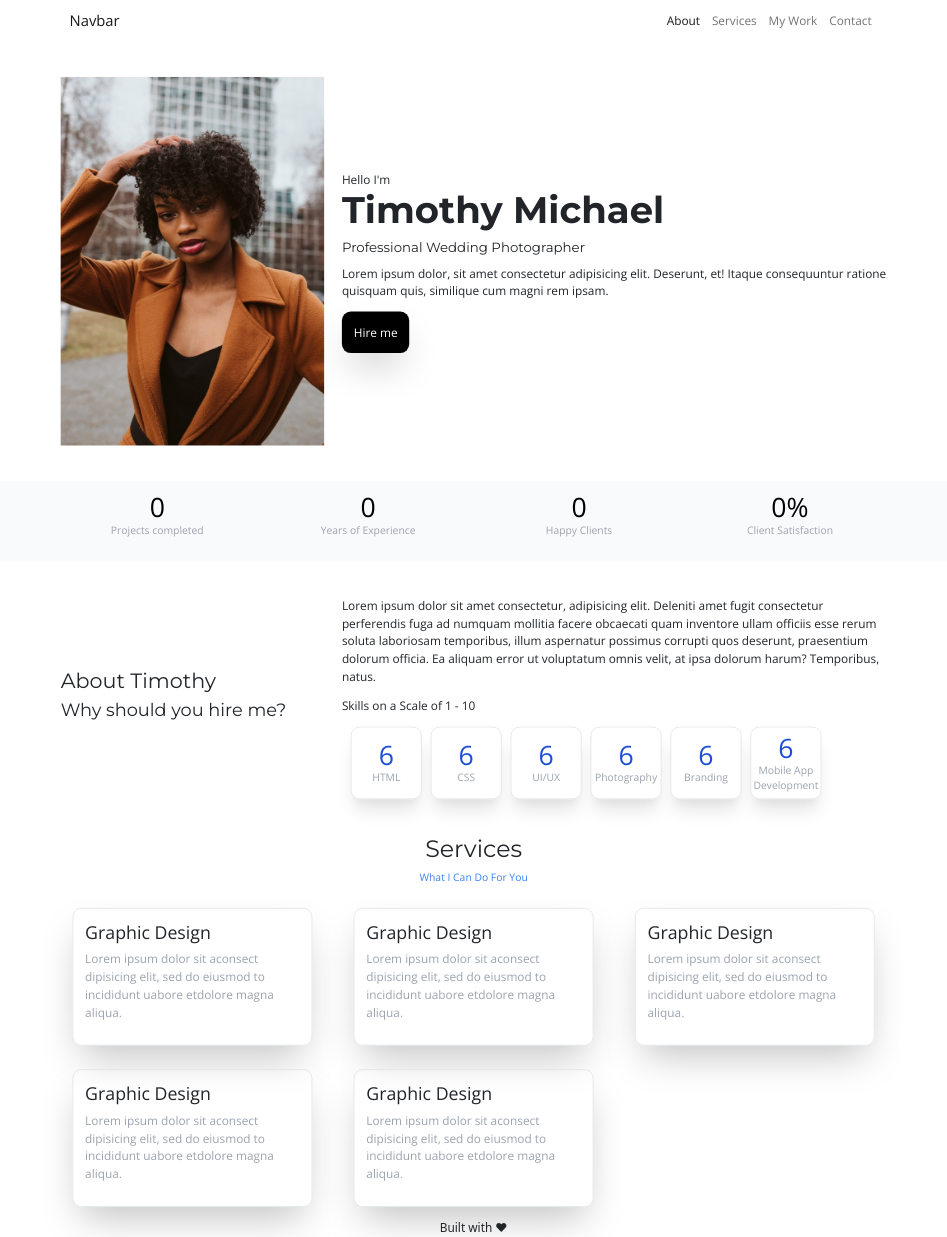
Repository: latenightsnacc/giggles
Page: HTML/freelancer.html
An editor plug-in stored every save of this project. The page is shown before and after the next save, followed by the edit.
The browser window is 1280 px wide. The pictures show the whole page, at 74% of full size.
Some web libraries are served in a nearby version.

Above is the page before, as saved 2021-01-03 16:17:41.

### HTML/freelancer.html
<!DOCTYPE html>
<html lang="en">
<head>
    <meta charset="UTF-8">
    <meta name="viewport" content="width=device-width, initial-scale=1.0">
    <link href="https://cdnjs.cloudflare.com/ajax/libs/tailwindcss/2.0.2/tailwind.min.css" rel="stylesheet">
    <link rel="stylesheet" href="https://stackpath.bootstrapcdn.com/font-awesome/4.7.0/css/font-awesome.min.css" />
    <link href="https://cdn.jsdelivr.net/npm/bootstrap@5.0.0-beta1/dist/css/bootstrap.min.css" rel="stylesheet" integrity="sha384-giJF6kkoqNQ00vy+HMDP7azOuL0xtbfIcaT9wjKHr8RbDVddVHyTfAAsrekwKmP1" crossorigin="anonymous">
    <link rel="stylesheet" href="stylesheet.css">
    <title>Freelancer Page</title>
</head>
<body class="overflow-x-hidden">
    <header class="container">
        <nav class="navbar navbar-expand-lg navbar-light bg-white">
            <div class="container-fluid">
              <a class="navbar-brand" href="#">Navbar</a>
              <button class="navbar-toggler" type="button" data-bs-toggle="collapse" data-bs-target="#navbarNavDropdown" aria-controls="navbarNavDropdown" aria-expanded="false" aria-label="Toggle navigation">
                <span class="navbar-toggler-icon"></span>
              </button>
              <div class="collapse navbar-collapse" id="navbarNavDropdown">
                <ul class="navbar-nav ml-auto">
                  <li class="nav-item">
                    <a class="nav-link active" aria-current="page" href="#">About</a>
                  </li>
                  <li class="nav-item">
                    <a class="nav-link" href="#">Services</a>
                  </li>
                  <li class="nav-item">
                    <a class="nav-link" href="#">My Work</a>
                  </li>
                  <li class="nav-item">
                    <a class="nav-link" href="#">Contact</a>
                  </li>
                  <!-- <li class="nav-item dropdown">
                    <a class="nav-link dropdown-toggle" href="#" id="navbarDropdownMenuLink" role="button" data-bs-toggle="dropdown" aria-expanded="false">
                      Dropdown link
                    </a>
                    <ul class="dropdown-menu" aria-labelledby="navbarDropdownMenuLink">
                      <li><a class="dropdown-item" href="#">Action</a></li>
                      <li><a class="dropdown-item" href="#">Another action</a></li>
                      <li><a class="dropdown-item" href="#">Something else here</a></li>
                    </ul>
                  </li> -->
                </ul>
              </div>
            </div>
        </nav>
    </header>
    <main>
        <!--User Banner-->
        <div class="container mt-5">
            <div class="row flex items-center h-auto">
                <div class="col-sm-12 col-md-4 col-lg-4 col-xl-4">
                    <img src="assets/userDp.jpg" alt="Profile Picture">
                </div>
                <div class="col-sm-12 col-md-8 col-lg-8 col-xl-8">
                    <div class="user-info">
                        <span>Hello I'm</span>
                        <h1>Timothy Michael</h1>
                        <h2>Professional Wedding Photographer</h2>
                        <p>Lorem ipsum dolor, sit amet consectetur adipisicing elit. Deserunt, et! Itaque consequuntur ratione quisquam quis, similique cum magni rem ipsam.</p>
                        <button class="bg-black text-white p-3 semi-bold rounded-xl shadow-2xl">Hire me</button>
                    </div>
                </div>
            </div>
        </div>
        <!--User Statisitics-->
        <div class="stats w-full bg-gray-50 flex items-center h-auto py-3 mt-5">
            <div class="container">
                <div class="row">
                    <div class="stat-box col text-center">
                        <div class="bold text-4xl text-black">0</div>
                        <p class="text-sm text-gray-400">Projects completed</p>

                    </div>
                    <div class="stat-box col text-center">
                        <div class="bold text-4xl text-black">0</div>
                        <p class="text-sm text-gray-400">Years of Experience</p>
                    </div>
                    <div class="stat-box col text-center">
                        <div class="bold text-4xl text-black">0</div>
                        <p class="text-sm text-gray-400">Happy Clients</p>
                    </div>
                    <div class="stat-box col text-center">
                        <div class="bold text-4xl text-black">0%</div>
                        <p class="text-sm text-gray-400">Client Satisfaction</p>
                    </div>
                </div>
            </div>
        </div>
        <!--About User-->
        <div class="container">
            <div class="row h-auto flex flex-row items-center">
                <div class="col-sm-12 col-md-6 col-lg-4 col-xl-4 pt-5">
                    <h3>About Timothy</h3>
                    <h4>Why should you hire me?</h4>
                </div>
                <div class="col-sm-12 col-md-6 col-lg-8 col-xl-8 pt-5">
                    <p>Lorem ipsum dolor sit amet consectetur, adipisicing elit. Deleniti amet fugit consectetur perferendis fuga ad numquam mollitia facere obcaecati quam inventore ullam officiis esse rerum soluta laboriosam temporibus, illum aspernatur possimus corrupti quos deserunt, praesentium dolorum officia. Ea aliquam error ut voluptatum omnis velit, at ipsa dolorum harum? Temporibus, natus.</p>
                    <span class="bold">Skills on a Scale of 1 - 10</span>
                    <div class="d-flex flex-wrap">
                        <div class="skill-box shadow-xl max-w-sm w-24 p-2 ml-3 mt-3 border border-gray-100 rounded-xl flex flex-col items-center justify-center text-center">

                            <span class="text-blue-700 bold text-4xl">6</span>
                            <div class="text-sm text-gray-400">HTML</div>
                        </div>
                        <div class="skill-box shadow-xl max-w-sm w-24 p-2 ml-3 mt-3 border border-gray-100 rounded-xl flex flex-col items-center justify-center text-center">

                            <span class="text-blue-700 bold text-4xl">6</span>
                            <div class="text-sm text-gray-400">CSS</div>
                        </div>
                        <div class="skill-box shadow-xl max-w-sm w-24 p-2 ml-3 mt-3 border border-gray-100 rounded-xl flex flex-col items-center justify-center text-center">

                            <span class="text-blue-700 bold text-4xl">6</span>
                            <div class="text-sm text-gray-400">UI/UX</div>
                        </div>
                        <div class="skill-box shadow-xl max-w-sm w-24 p-2 ml-3 mt-3 border border-gray-100 rounded-xl flex flex-col items-center justify-center text-center">

                            <span class="text-blue-700 bold text-4xl">6</span>
                            <div class="text-sm text-gray-400">Photography</div>
                        </div>
                        <div class="skill-box shadow-xl max-w-sm w-24 p-2 ml-3 mt-3 border border-gray-100 rounded-xl flex flex-col items-center justify-center text-center">

                            <span class="text-blue-700 bold text-4xl">6</span>
                            <div class="text-sm text-gray-400">Branding</div>
                        </div>
                        <div class="skill-box shadow-xl max-w-sm w-24 p-2 ml-3 mt-3 border border-gray-100 rounded-xl flex flex-col items-center justify-center text-center">

                            <span class="text-blue-700 bold text-4xl">6</span>
                            <div class="text-sm text-gray-400">Mobile App Development</div>
                        </div>
                    </div>
                </div>
            </div>
        </div>
        <!--Services User Provides-->
        <div class="container mt-5">
            <h2 class="text-center">Services</h2>
            <p class="text-blue-500 text-sm capitalize text-center">What I can do for you</p>
            <div class="row">
                <div class="col-xs-12 col-sm-12 col-md-3 col-lg-3 col-xl-4">
                    <div class="max-w-sm shadow-2xl border border-gray-100 rounded-xl p-3 m-3 hover:bg-black hover:text-white">
                        <div class="service-title text-2xl bold  pb-2">Graphic Design</div>
                        <p class="text-md text-gray-400">Lorem ipsum dolor sit aconsect dipisicing elit, sed do eiusmod to incididunt uabore etdolore magna aliqua.</p>
                    </div>
                </div>
                <div class="col-xs-12 col-sm-12 col-md-3 col-lg-3 col-xl-4">
                    <div class="max-w-sm shadow-2xl border border-gray-100 rounded-xl p-3 m-3 hover:bg-black hover:text-white">
                        <div class="service-title text-2xl bold  pb-2">Graphic Design</div>
                        <p class="text-md text-gray-400">Lorem ipsum dolor sit aconsect dipisicing elit, sed do eiusmod to incididunt uabore etdolore magna aliqua.</p>
                    </div>
                </div>
                <div class="col-xs-12 col-sm-12 col-md-3 col-lg-3 col-xl-4">
                    <div class="max-w-sm shadow-2xl border border-gray-100 rounded-xl p-3 m-3 hover:bg-black hover:text-white">
                        <div class="service-title text-2xl bold  pb-2">Graphic Design</div>
                        <p class="text-md text-gray-400">Lorem ipsum dolor sit aconsect dipisicing elit, sed do eiusmod to incididunt uabore etdolore magna aliqua.</p>
                    </div>
                </div>
                <div class="col-xs-12 col-sm-12 col-md-3 col-lg-3 col-xl-4">
                    <div class="max-w-sm shadow-2xl border border-gray-100 rounded-xl p-3 m-3 hover:bg-black hover:text-white">
                        <div class="service-title text-2xl bold  pb-2">Graphic Design</div>
                        <p class="text-md text-gray-400">Lorem ipsum dolor sit aconsect dipisicing elit, sed do eiusmod to incididunt uabore etdolore magna aliqua.</p>
                    </div>
                </div>
                <div class="col-xs-12 col-sm-12 col-md-3 col-lg-3 col-xl-4">
                    <div class="max-w-sm shadow-2xl border border-gray-100 rounded-xl p-3 m-3 hover:bg-black hover:text-white">
                        <div class="service-title text-2xl bold  pb-2">Graphic Design</div>
                        <p class="text-md text-gray-400">Lorem ipsum dolor sit aconsect dipisicing elit, sed do eiusmod to incididunt uabore etdolore magna aliqua.</p>
                    </div>
                </div>
            </div>

        </div>
    </main>
    <footer class="text-center">Built with &hearts; </footer>
    <script src="https://cdn.jsdelivr.net/npm/bootstrap@5.0.0-beta1/dist/js/bootstrap.bundle.min.js" integrity="sha384-ygbV9kiqUc6oa4msXn9868pTtWMgiQaeYH7/t7LECLbyPA2x65Kgf80OJFdroafW" crossorigin="anonymous"></script>

</body>
</html>

### HTML/stylesheet.css
@import url('https://fonts.googleapis.com/css2?family=Montserrat:wght@400;700&family=Open+Sans:wght@300;400&display=swap');

h1, h2, h3, h4, h5, h6 {
    font-family: 'Montserrat', sans-serif;
}
.user-info h1 {
    line-height: 60px;
    font-size: 50px;
    font-weight: 700;
}
.user-info h2 {
    line-height: 27px;
    font-size: 18px;
    font-weight: 400;
}
p, div, a, button {
    font-family: 'Open Sans', sans-serif;
    font-weight: 300;
}

After the next save:
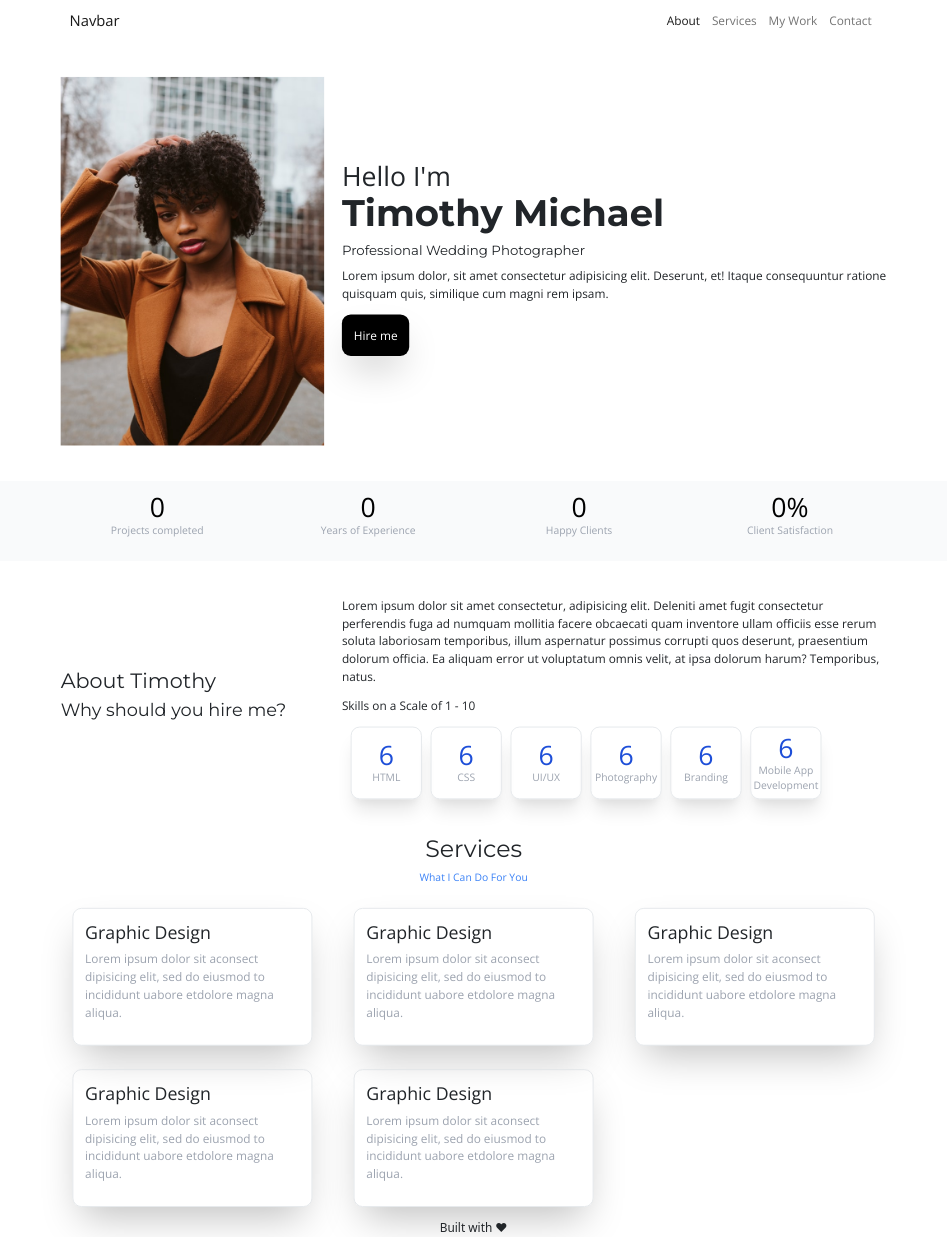
Saved 94 s later.
--- a/HTML/stylesheet.css
+++ b/HTML/stylesheet.css
@@ -13,6 +13,11 @@ h1, h2, h3, h4, h5, h6 {
     font-size: 18px;
     font-weight: 400;
 }
+.user-info span {
+    line-height: 27px;
+    font-size: 36px;
+    font-weight: 400;
+}
 p, div, a, button {
     font-family: 'Open Sans', sans-serif;
     font-weight: 300;
